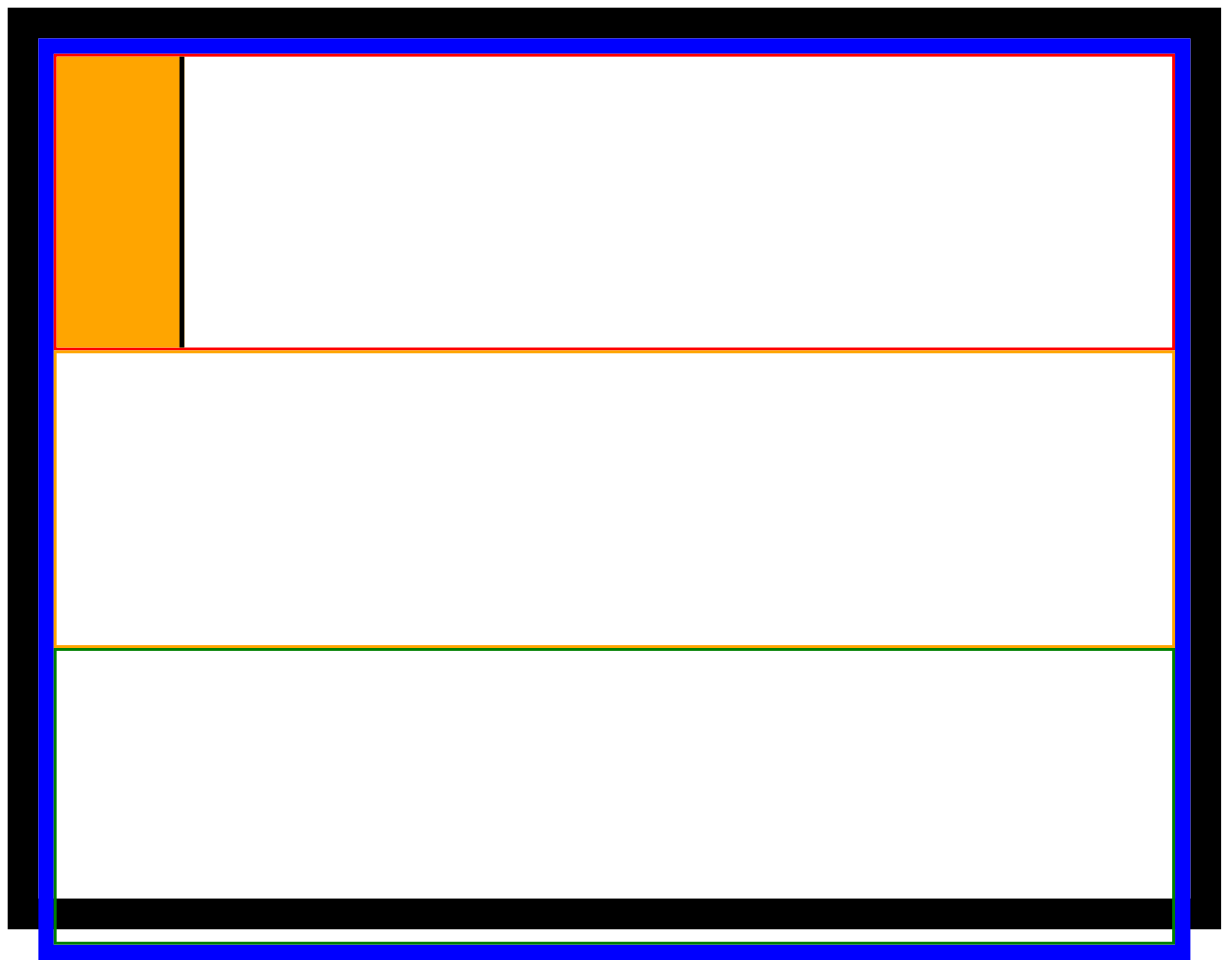
Repository: Tsardines/mondrian
Page: index.html
An editor plug-in stored every save of this project. The page is shown before and after the next save, followed by the edit.
The browser window is 1280 px wide. The pictures show the whole page, at 96% of full size.
Some web fonts or font styles are not loaded; a fallback is used.

Above is the page before, as saved 2019-10-20 16:12:28.

After the next save:
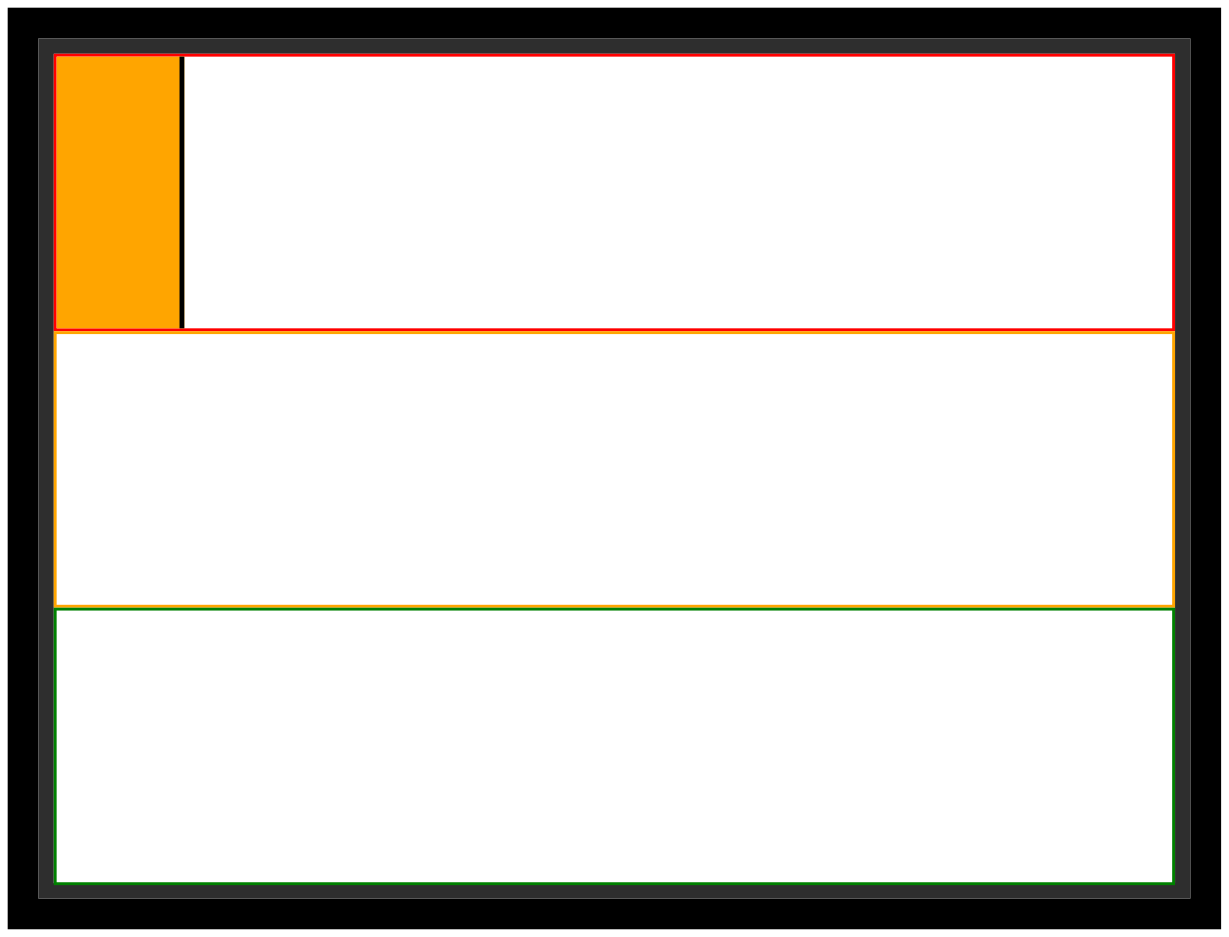
Saved 44 s later.
--- a/styles.css
+++ b/styles.css
@@ -5,8 +5,8 @@
 }
 
 .grid__container {
-    border: 1rem solid blue;
-    height: 58rem;
+    border: 1rem solid rgb(46, 46, 46);
+    height: 54rem;
 }
 
 .grid__top {
